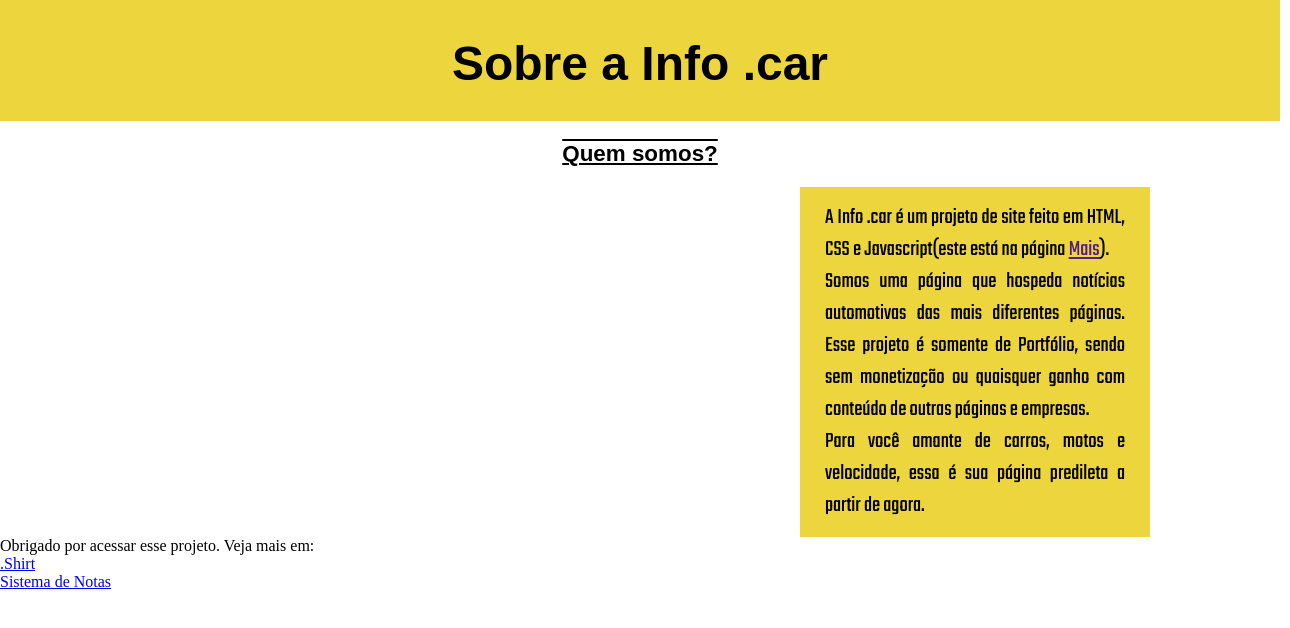
Repository: Leonngc/projeto-info.car
Page: sobre.html
These files come from the project's save history. The page is drawn as it stood at one moment and after a run of saves; the edit follows.
The browser window is 1280 px wide. The page is 1280 px wide, then 1290 px, so the pictures cover 1290 px, including what lies to the right of the window. The pictures show the whole page.
Some web fonts or font styles are not loaded; a fallback is used.

Above is the page before, as saved 2022-11-05 15:34:41.

After the next 2 saves:
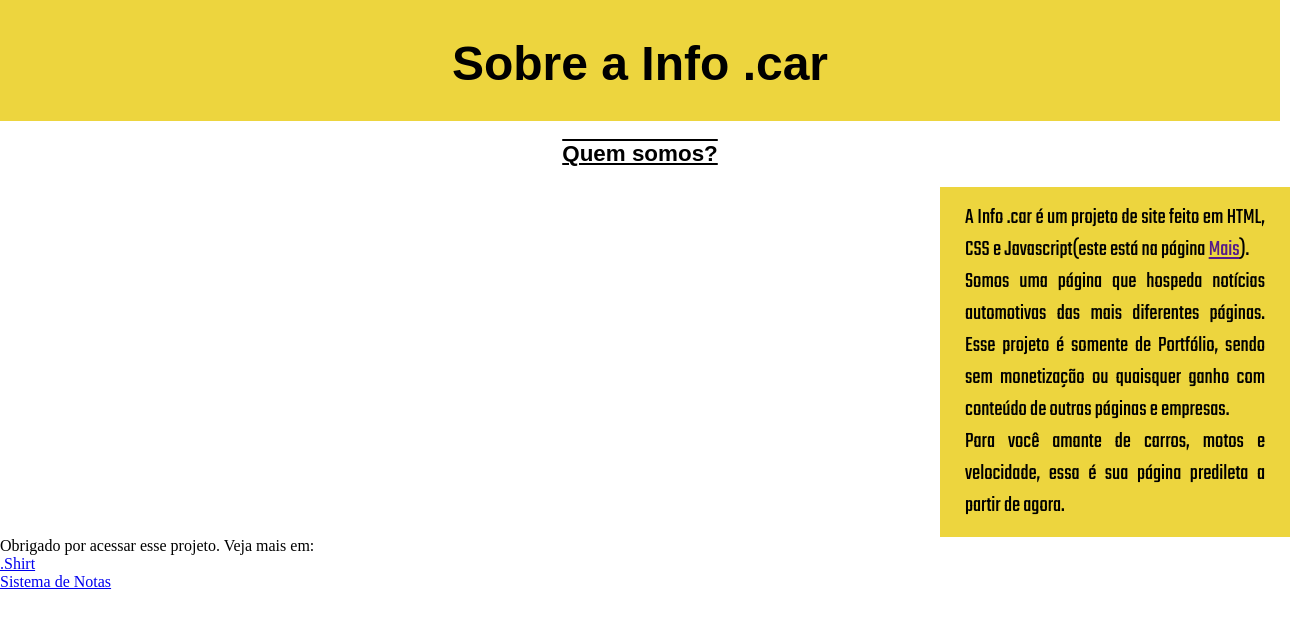
The 2 saves are shown as one change because they came seconds apart.
The last was saved 18 s later.
--- a/sobre.css
+++ b/sobre.css
@@ -27,7 +27,7 @@ header{
 article{
     margin: auto;
     min-width: 300px;
-    min-height: 300px;
+    max-width: 1000px;
 }
 
 article > h1{
